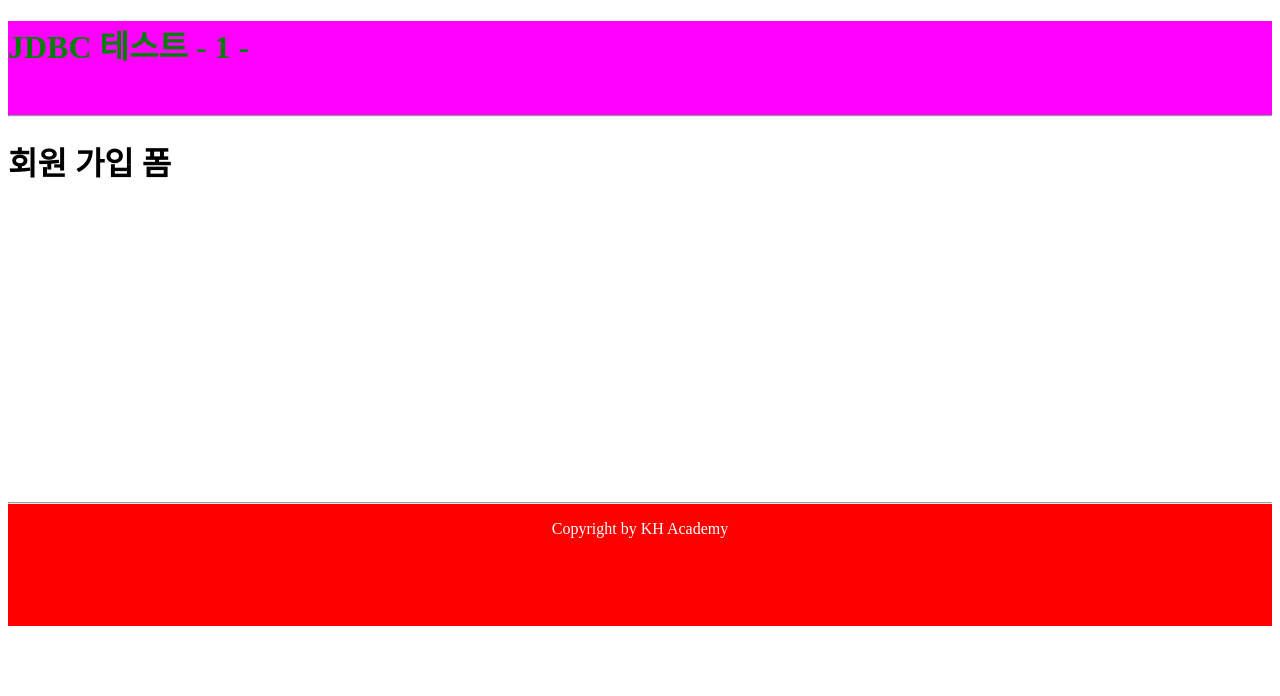
Repository: steeveelee2/WEB_Study
Page: http://localhost/JDBC1Project/views/member/memberJoin.jsp
The author's editor kept a copy of each file at every save. The page is drawn from the files as they stood at one save, then again after the next save.
The browser window is 1280 px wide. The pictures show the whole page.
The page is served by Tomcat 9. Other server files are loaded and not shown.

Above is the page before, as saved 2018-10-16 04:51:24.

### webWorkspace/JDBC1Project/web/views/member/memberJoin.jsp
<%@ page language="java" contentType="text/html; charset=UTF-8"
    pageEncoding="UTF-8"%>
<!DOCTYPE html>
<html>
<head>
<meta charset="UTF-8">
<title>회원가입 폼</title>
</head>
<body>
	<%@ include file="/views/common/header.jsp" %>

	<h1>회원 가입 폼</h1>

	<%@ include file="/views/common/footer.jsp" %>
</body>
</html>

### webWorkspace/JDBC1Project/web/views/common/header.jsp
<%@ page language="java" contentType="text/html; charset=UTF-8"
    pageEncoding="UTF-8"%>
<header style="background:magenta; color:green;">
	<h1>JDBC 테스트 - 1 -</h1>
	<br>
	<hr>
</header>

### webWorkspace/JDBC1Project/web/views/common/footer.jsp
<%@ page language="java" contentType="text/html; charset=UTF-8"
    pageEncoding="UTF-8"%>
<br><br><br><br>
<br><br><br><br>
<br><br><br><br>
<br><br><br><br>

<footer style="background:red; color:white;">
	<hr>
	<p align="center">
		Copyright by KH Academy
	</p>
	<br><br>
	<br><br>
</footer>

After the next save:
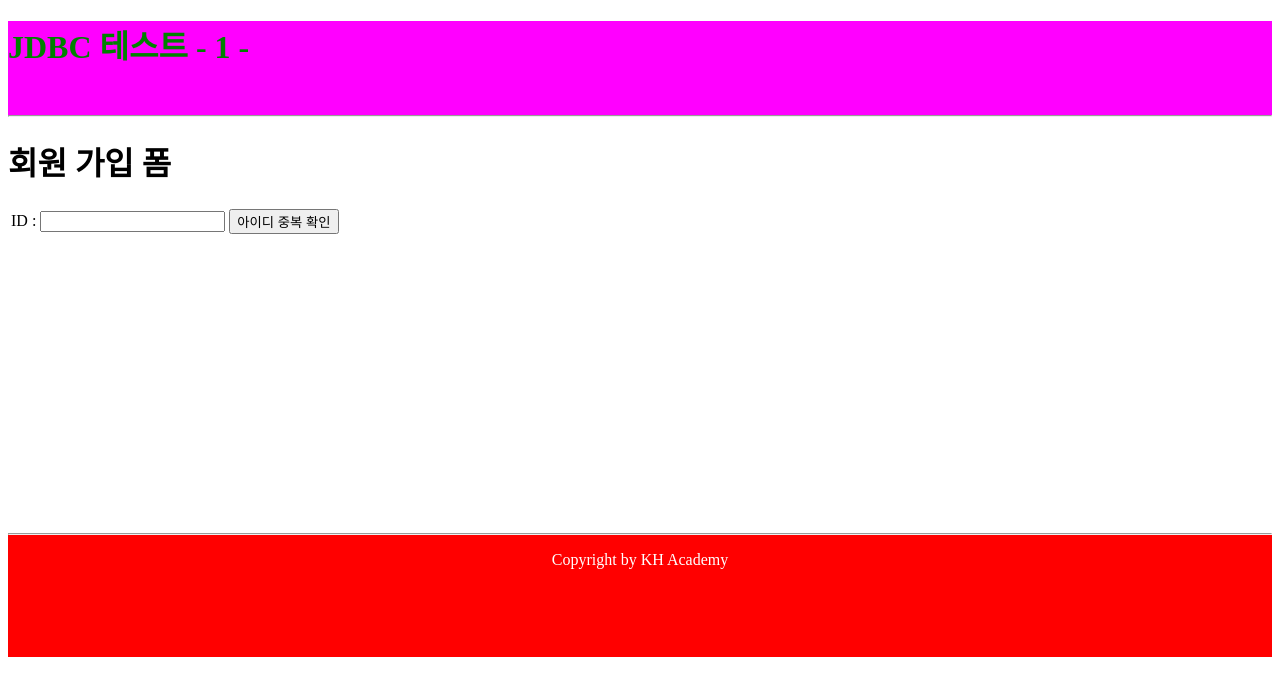
Saved 2 min 31 s later.
--- a/webWorkspace/JDBC1Project/web/views/member/memberJoin.jsp
+++ b/webWorkspace/JDBC1Project/web/views/member/memberJoin.jsp
@@ -11,6 +11,20 @@
 
 	<h1>회원 가입 폼</h1>
 
+	<form action="/jdbc1/mInsert.do" method="post">
+
+		<table>
+
+			<tr>
+				<td>ID : </td>
+				<td><input type="text" name="userId"/></td>
+				<td><button type="button" id="dupBtn">아이디 중복 확인</button></td>
+			</tr>
+
+		</table>
+
+	</form>
+
 	<%@ include file="/views/common/footer.jsp" %>
 </body>
 </html>
